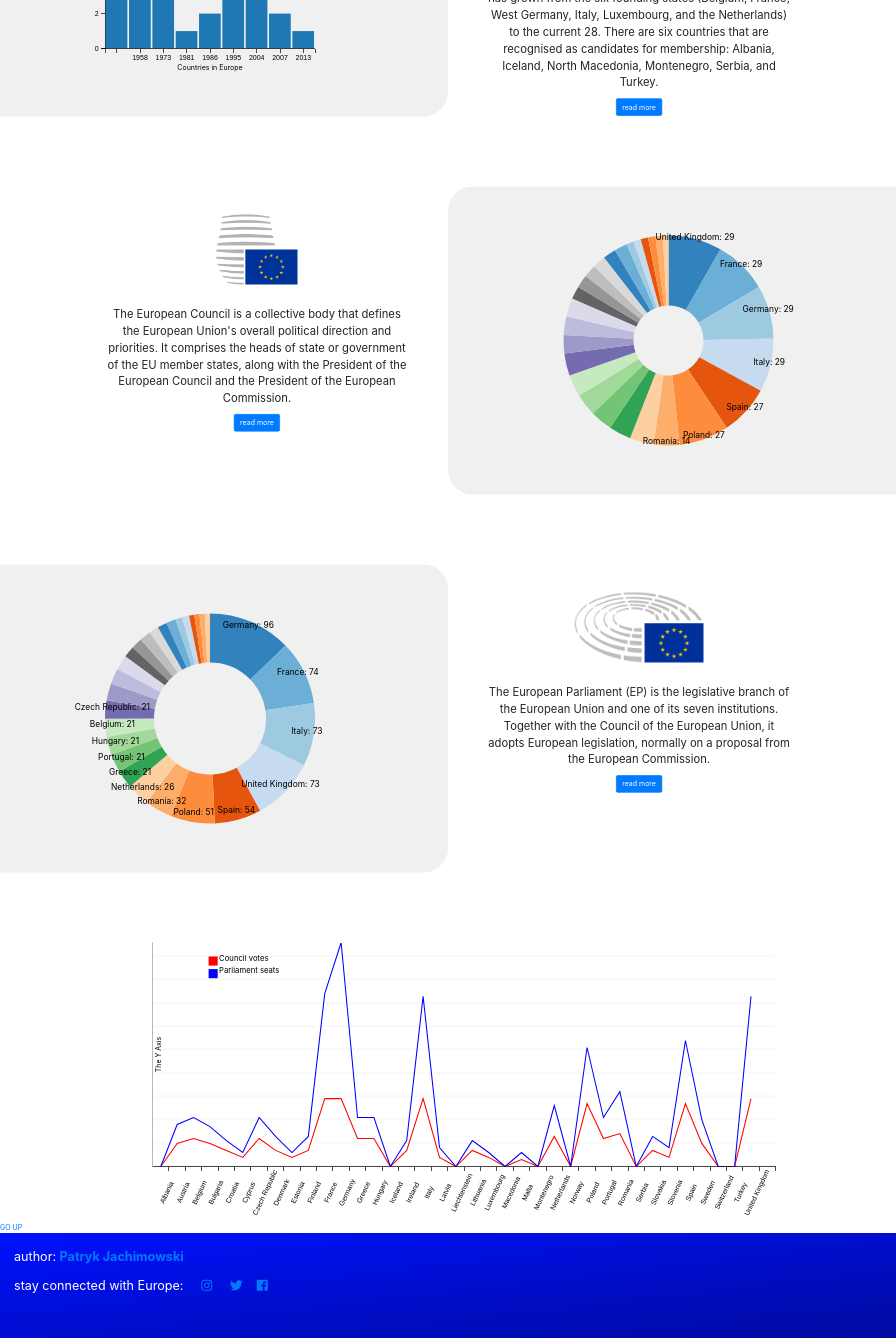
Repository: pjachimowski/renewable
Page: index.html
The author's editor kept a record of every edit. The page is drawn from the files as they stood at one moment, then again after the next edit.
The browser window is 1280 px wide. The pictures show the part of the page from y = 1889 to 3809 px (the page is 3800 px tall before and 3809 px after), at 70% of full size.
Backgrounds fixed to the window are drawn as part of the page. Some web fonts or font styles are not loaded; a fallback is used. Some web libraries are served in a nearby version.

Above is the page before.
Console error: ReferenceError: scrollFunction is not defined

After the next edit:
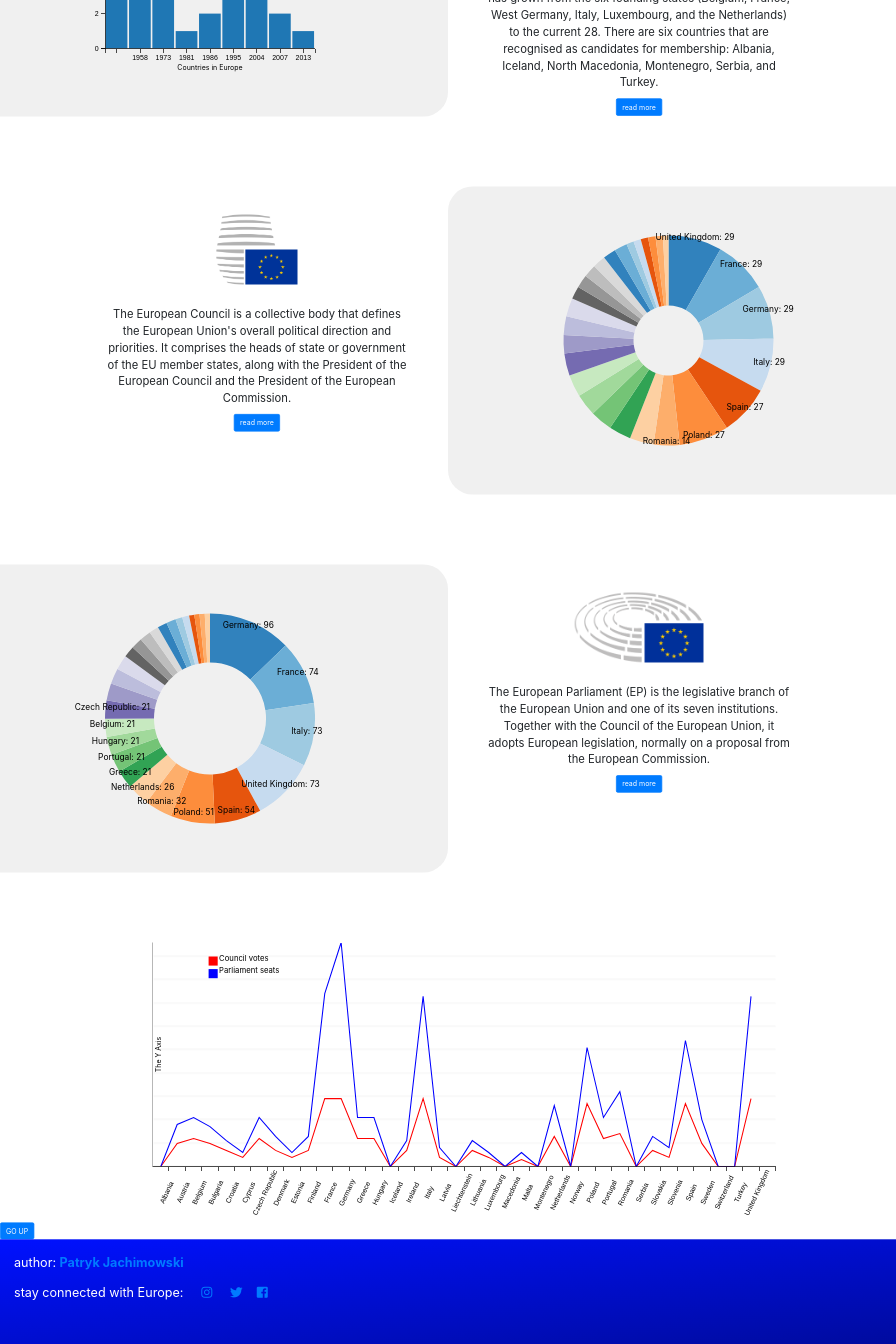
The edit:
--- a/index.html
+++ b/index.html
@@ -184,7 +184,7 @@
 
     <div class="row">
         <div class="col-12">
-            <a href="back-to-top">GO UP</a>
+            <button type="button" href="#back-to-top" class="btn btn-primary go-up-btn">GO UP</button>
         </div>
     </div>
 
